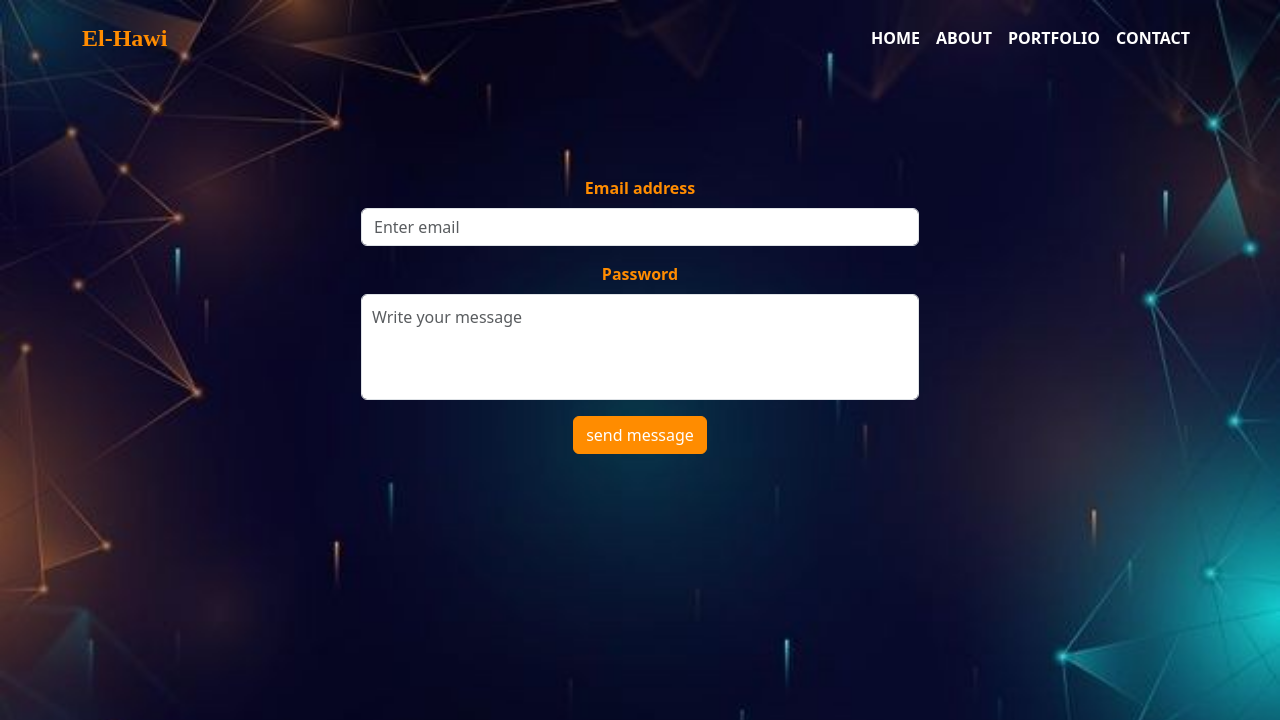
Repository: amralhawi123/Portfolio
Page: /contact
An editor plug-in stored every save of this project. The page is shown before and after the next save, followed by the edit.
The browser window is 1280 px wide. The pictures show the whole page.
The project was rebuilt for these pictures with package versions that can differ from the ones it lists, and the page was loaded fresh each time. Also part of the build but not shown: src/components/landing/landing.css, src/components/landing/landing.js, src/components/about/about.css, src/components/about/About.js, src/components/Portfolio/portfolio.css, src/components/Portfolio/Portfolio.js. Imported but missing from the stored project, and not drawn on this page: src/image/Amr Mahmoud Alhawi.pdf.

Above is the page before, as saved 2023-08-28 17:26:38.

After the next save:
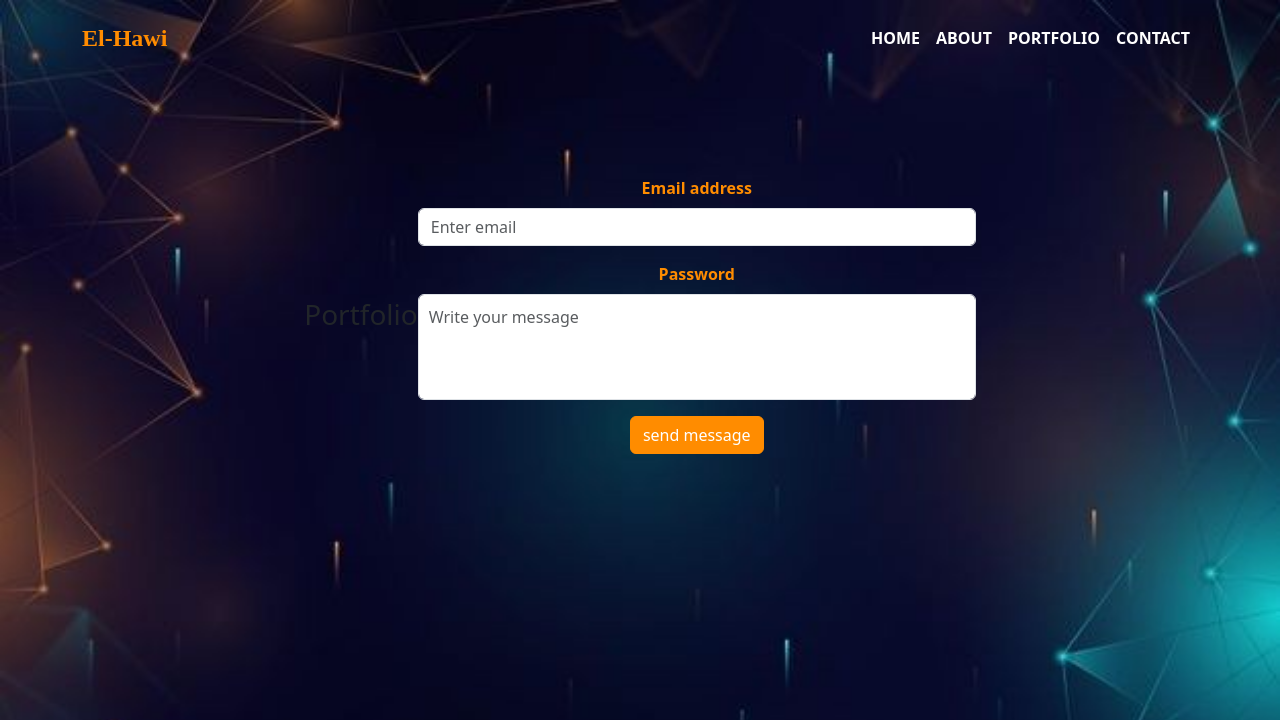
Saved 2 min 28 s later.
--- a/src/components/contact/contact.js
+++ b/src/components/contact/contact.js
@@ -4,6 +4,7 @@ import { Button, Form } from 'react-bootstrap'
 const Contact = () => {
   return (
     <div className='contact'>
+      <h3 className=' my-3'>Portfolio</h3>
        <Form>
       <Form.Group className="mb-3" controlId="formBasicEmail">
         <Form.Label>Email address</Form.Label>
